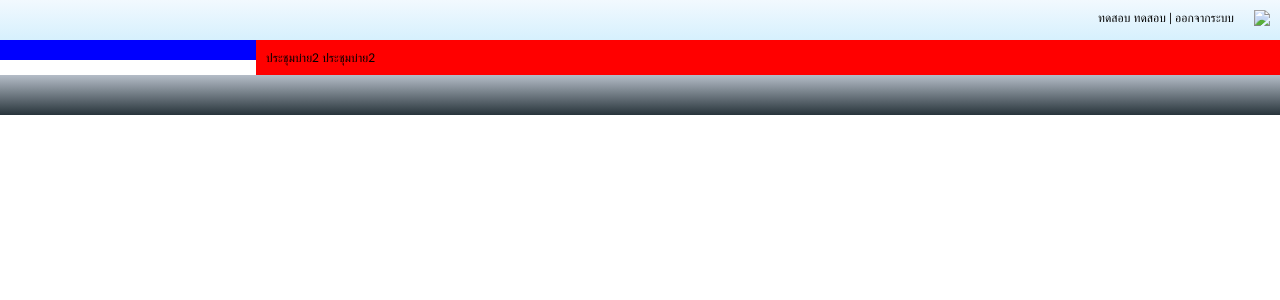
Repository: pleanoma/TooDoo
Page: http://localhost/TooDoo/Home.jsp
The author's editor kept a copy of each file at every save. The page is drawn from the files as they stood at one save, then again after the next save.
The browser window is 1280 px wide. The pictures show the whole page.
The page is served by Tomcat 9.

Above is the page before, as saved 2013-11-27 08:30:58.
Not found: TooDoo/TooDoo/WebContent/images/logo.png

After the next save:
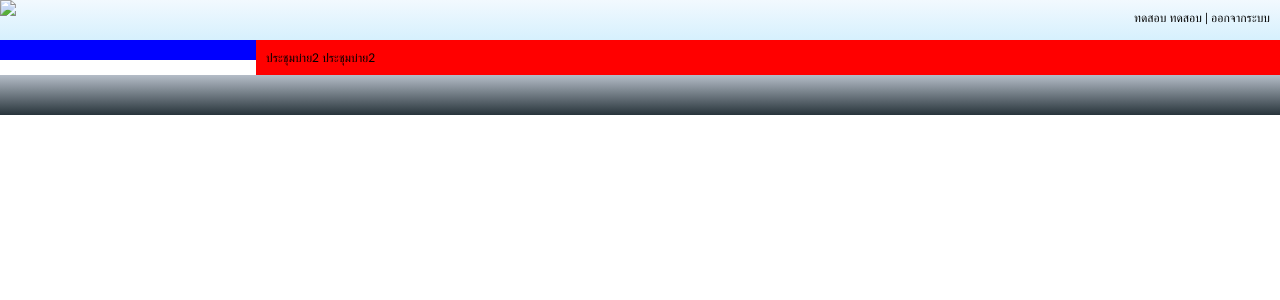
Saved 9 s later.
--- a/TooDoo/WebContent/css/style.css
+++ b/TooDoo/WebContent/css/style.css
@@ -24,9 +24,7 @@ html, body {
 	filter: progid:DXImageTransform.Microsoft.gradient( startColorstr='#f2f9fe', endColorstr='#d6f0fd',GradientType=0 ); /* IE6-9 */
 }
 #header .logo {
-	float: right;
-	padding: 10px;
-	font-size: 12px;
+	float: left;
 }
 #header .userdetail {
 	float: right;
